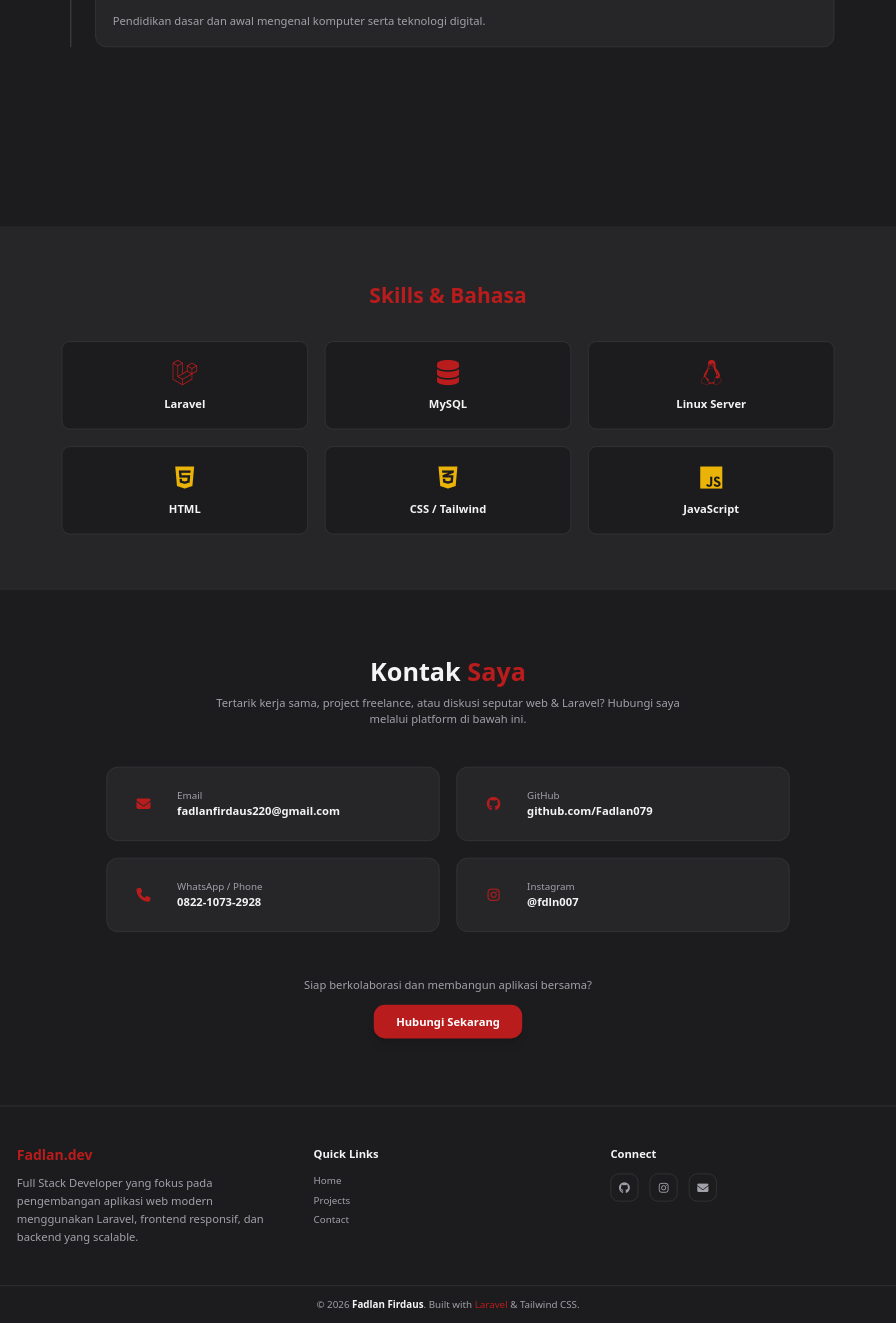
Repository: Fadlan079/Personal-Portfolio
Page: http://localhost/
The author's editor kept a copy of each file at every save. The page is drawn from the files as they stood at one save, then again after the next save.
The browser window is 1280 px wide. The pictures show the part of the page from y = 2278 to 4198 px (the page is 4168 px tall before and 4636 px after), at 70% of full size.
Some web libraries are served in a nearby version. The page is served by the project's Laravel application, run on PHP 8.4 with Laravel 12. Other server files are loaded and not shown.

Above is the page before, as saved 2026-01-15 09:15:50.

### routes/web.php
<?php

use Illuminate\Support\Facades\Route;
use App\Http\Controllers\ProjectController;

// Route::get('/', function () {
//     return view('welcome');
// });

Route::get('/', function () {
    return view('portofolio');
});

// Route::get('/project', function () {
//     return view('project');
// });

Route::get('/project', [ProjectController::class, 'index']);

### resources/views/portofolio.blade.php
<!DOCTYPE html>
<html lang="id">
<head>
  <meta charset="UTF-8" />
  <meta name="viewport" content="width=device-width, initial-scale=1.0" />
  <title>Portfolio | Fadlan</title>
  <script src="https://cdn.tailwindcss.com"></script>
  <link rel="stylesheet" href="https://cdnjs.cloudflare.com/ajax/libs/font-awesome/6.5.1/css/all.min.css"/>
  <script>
    tailwind.config = {
      theme: {
        extend: {
          colors: {
            bg: 'var(--color-bg)',
            surface: 'var(--color-surface)',
            border: 'var(--color-border)',
            text: 'var(--color-text)',
            muted: 'var(--color-muted)',
            primary: 'var(--color-primary)',
            success: 'var(--color-success)',
            danger: 'var(--color-danger)',
            warning: 'var(--color-warning)',
          }
        }
      }
    }
  </script>
  <style>
    :root {
      --color-bg: #1c1c1e;
      --color-surface: #262629;
      --color-border: #3a3a3d;
      --color-text: #f4f4f5;
      --color-muted: #a1a1aa;
      --color-primary: #b91c1c;
      --color-success: #6fbf8f;
      --color-danger:  #ef4444;
      --color-warning: #eab308;
    }

    html {
      scroll-behavior: smooth;
    }

* {
  scrollbar-width: thin;
  scrollbar-color: #ef4444 transparent;
}

::-webkit-scrollbar {
  width: 10px;
}

::-webkit-scrollbar-track {
  background: transparent;
}

::-webkit-scrollbar-thumb {
  background: linear-gradient(
    180deg,
    #ef4444,
    #dc2626
  );
  border-radius: 999px;
  border: 2px solid transparent;
  background-clip: content-box;
}

::-webkit-scrollbar-thumb:hover {
  background: linear-gradient(
    180deg,
    #f87171,
    #ef4444
  );
}

  </style>
</head>

<body class="bg-bg text-text">
  <header> @include('components.header') </header>
  <main>
    <section id="home" class="relative min-h-screen flex items-center px-6 overflow-hidden">  @include('sections.hero')</section>
    <section id="about" class="py-20 bg-surface">@include('sections.about')</section>
    <section id="experience" class="py-20">@include('sections.experience')</section>
    <section id="education" class="py-24 bg-bg">@include('sections.education')</section>
    <section id="projects" class="py-20 bg-bg"></section>
  </main>



<!-- Skills -->
<section id="skills" class="py-20 bg-surface">
  <div class="max-w-6xl mx-auto px-6">
    <h3 class="text-3xl font-bold mb-12 text-primary text-center">Skills & Bahasa</h3>

    <div class="grid md:grid-cols-3 gap-6 text-center">
      <div class="bg-bg border border-border rounded-xl p-6">
        <i class="fa-brands fa-laravel text-4xl text-primary mb-3"></i>
        <h4 class="font-semibold">Laravel</h4>
      </div>
      <div class="bg-bg border border-border rounded-xl p-6">
        <i class="fa-solid fa-database text-4xl text-primary mb-3"></i>
        <h4 class="font-semibold">MySQL</h4>
      </div>
      <div class="bg-bg border border-border rounded-xl p-6">
        <i class="fa-brands fa-linux text-4xl text-primary mb-3"></i>
        <h4 class="font-semibold">Linux Server</h4>
      </div>
      <div class="bg-bg border border-border rounded-xl p-6">
        <i class="fa-brands fa-html5 text-4xl text-warning mb-3"></i>
        <h4 class="font-semibold">HTML</h4>
      </div>
      <div class="bg-bg border border-border rounded-xl p-6">
        <i class="fa-brands fa-css3-alt text-4xl text-warning mb-3"></i>
        <h4 class="font-semibold">CSS / Tailwind</h4>
      </div>
      <div class="bg-bg border border-border rounded-xl p-6">
        <i class="fa-brands fa-js text-4xl text-warning mb-3"></i>
        <h4 class="font-semibold">JavaScript</h4>
      </div>
    </div>
  </div>
</section>

<!-- Contact -->
<section id="contact" class="py-24 bg-bg">
  <div class="max-w-5xl mx-auto px-6">

    <!-- Heading -->
    <div class="text-center mb-14">
      <h3 class="text-4xl font-extrabold mb-3">
        Kontak <span class="text-primary">Saya</span>
      </h3>
      <p class="text-muted max-w-2xl mx-auto">
        Tertarik kerja sama, project freelance, atau diskusi seputar web & Laravel?
        Hubungi saya melalui platform di bawah ini.
      </p>
    </div>

    <!-- Contact Cards -->
    <div class="grid sm:grid-cols-2 gap-6">

      <!-- Email -->
      <a href="mailto:fadlanfirdaus220@gmail.com"
         class="group bg-surface border border-border rounded-2xl p-6
                flex items-center gap-5
                hover:border-primary hover:-translate-y-1 transition">
        <div class="w-14 h-14 rounded-xl flex items-center justify-center
                    bg-primary/20 text-primary text-xl">
          <i class="fa-solid fa-envelope"></i>
        </div>
        <div>
          <p class="text-sm text-muted">Email</p>
          <p class="font-semibold group-hover:text-primary transition">
            fadlanfirdaus220@gmail.com
          </p>
        </div>
      </a>

      <!-- GitHub -->
      <a href="https://github.com/Fadlan079" target="_blank"
         class="group bg-surface border border-border rounded-2xl p-6
                flex items-center gap-5
                hover:border-primary hover:-translate-y-1 transition">
        <div class="w-14 h-14 rounded-xl flex items-center justify-center
                    bg-primary/20 text-primary text-xl">
          <i class="fa-brands fa-github"></i>
        </div>
        <div>
          <p class="text-sm text-muted">GitHub</p>
          <p class="font-semibold group-hover:text-primary transition">
            github.com/Fadlan079
          </p>
        </div>
      </a>

      <!-- Phone -->
      <a href="tel:082210732928"
         class="group bg-surface border border-border rounded-2xl p-6
                flex items-center gap-5
                hover:border-primary hover:-translate-y-1 transition">
        <div class="w-14 h-14 rounded-xl flex items-center justify-center
                    bg-primary/20 text-primary text-xl">
          <i class="fa-solid fa-phone"></i>
        </div>
        <div>
          <p class="text-sm text-muted">WhatsApp / Phone</p>
          <p class="font-semibold group-hover:text-primary transition">
            0822-1073-2928
          </p>
        </div>
      </a>

      <!-- Instagram -->
      <a href="https://instagram.com/fdln007" target="_blank"
         class="group bg-surface border border-border rounded-2xl p-6
                flex items-center gap-5
                hover:border-primary hover:-translate-y-1 transition">
        <div class="w-14 h-14 rounded-xl flex items-center justify-center
                    bg-primary/20 text-primary text-xl">
          <i class="fa-brands fa-instagram"></i>
        </div>
        <div>
          <p class="text-sm text-muted">Instagram</p>
          <p class="font-semibold group-hover:text-primary transition">
            @fdln007
          </p>
        </div>
      </a>

    </div>

    <!-- CTA -->
    <div class="text-center mt-16">
      <p class="text-muted mb-4">
        Siap berkolaborasi dan membangun aplikasi bersama?
      </p>
      <a href="mailto:fadlanfirdaus220@gmail.com"
         class="inline-block px-8 py-3 bg-primary text-white
                rounded-2xl font-semibold
                hover:opacity-90 transition shadow-lg shadow-primary/30">
        Hubungi Sekarang
      </a>
    </div>

  </div>
</section>


<!-- Footer -->
<footer class="relative border-t border-border bg-bg">
  <!-- Glow -->
  <div class="absolute inset-0 -z-10">
    <div class="absolute bottom-0 left-1/2 -translate-x-1/2
                w-[400px] h-[400px]
                bg-primary/20 blur-[120px] rounded-full"></div>
  </div>

  <div class="max-w-7xl mx-auto px-6 py-14 grid gap-10 md:grid-cols-3">

    <!-- Brand -->
    <div>
      <h3 class="text-xl font-bold text-primary mb-3">Fadlan.dev</h3>
      <p class="text-muted leading-relaxed">
        Full Stack Developer yang fokus pada pengembangan
        aplikasi web modern menggunakan Laravel,
        frontend responsif, dan backend yang scalable.
      </p>
    </div>

    <!-- Quick Links -->
    <div>
      <h4 class="font-semibold mb-4 text-text">Quick Links</h4>
      <ul class="space-y-2 text-muted text-sm">
        <li>
          <a href="#home" class="hover:text-primary transition">Home</a>
        </li>
        <li>
          <a href="#projects" class="hover:text-primary transition">Projects</a>
        </li>
        <li>
          <a href="#contact" class="hover:text-primary transition">Contact</a>
        </li>
      </ul>
    </div>

    <!-- Social -->
    <div>
      <h4 class="font-semibold mb-4 text-text">Connect</h4>
      <div class="flex gap-4">
        <a href="https://github.com/Fadlan079" target="_blank"
           class="w-10 h-10 rounded-xl border border-border
                  flex items-center justify-center
                  text-muted hover:text-primary hover:border-primary
                  transition">
          <i class="fa-brands fa-github"></i>
        </a>
        <a href="https://instagram.com/fdln007" target="_blank"
           class="w-10 h-10 rounded-xl border border-border
                  flex items-center justify-center
                  text-muted hover:text-primary hover:border-primary
                  transition">
          <i class="fa-brands fa-instagram"></i>
        </a>
        <a href="mailto:fadlanfirdaus220@gmail.com"
           class="w-10 h-10 rounded-xl border border-border
                  flex items-center justify-center
                  text-muted hover:text-primary hover:border-primary
                  transition">
          <i class="fa-solid fa-envelope"></i>
        </a>
      </div>
    </div>

  </div>

  <!-- Bottom -->
  <div class="border-t border-border text-center py-4 text-muted text-sm">
    © 2026 <span class="text-text font-semibold">Fadlan Firdaus</span>.
    Built with <span class="text-primary">Laravel</span> & Tailwind CSS.
  </div>
</footer>


</body>
</html>

### resources/views/components/header.blade.php
<nav class="fixed w-full bg-bg/80 backdrop-blur border-b border-border z-50">
  <div class="max-w-7xl mx-auto px-6 py-4 flex justify-between items-center">
    <h1 class="text-xl font-bold text-primary">Fadlan.dev</h1>
    <ul class="flex gap-6 text-sm">
      <li class="relative group">
        <a href="#home">Home</a>
        <span class="absolute left-0 -bottom-1 h-[2px] w-0 bg-primary transition-all group-hover:w-full"></span>
      </li>
      <li class="relative group">
        <a href="#about">About</a>
        <span class="absolute left-0 -bottom-1 h-[2px] w-0 bg-primary transition-all group-hover:w-full"></span>
      </li>
      <li class="relative group">
        <a href="#experience">Experience</a>
        <span class="absolute left-0 -bottom-1 h-[2px] w-0 bg-primary transition-all group-hover:w-full"></span>
      </li>
        <li class="relative group">
        <a href="#projects">Project</a>
        <span class="absolute left-0 -bottom-1 h-[2px] w-0 bg-primary transition-all group-hover:w-full"></span>
      </li>
      <li class="relative group">
        <a href="#skills">Skills</a>
        <span class="absolute left-0 -bottom-1 h-[2px] w-0 bg-primary transition-all group-hover:w-full"></span>
      </li>
      <li class="relative group">
        <a href="#contact">Contact</a>
        <span class="absolute left-0 -bottom-1 h-[2px] w-0 bg-primary transition-all group-hover:w-full"></span>
      </li>
    </ul>
  </div>
</nav>

### resources/views/sections/about.blade.php
<div class="max-w-6xl mx-auto px-6">
<h3 class="text-3xl font-bold mb-6 text-primary">Tentang Saya</h3>
<p class="text-muted leading-relaxed max-w-3xl">
    Saya pelajar SMK jurusan PPLG dengan minat besar di bidang
    <strong>Full Stack Development</strong>. Terbiasa membangun aplikasi
    Laravel, REST API, database MySQL, serta deployment ke server Linux.
</p>
</div>

### resources/views/sections/experience.blade.php
<div class="max-w-6xl mx-auto px-6">
<h3 class="text-3xl font-bold mb-12 text-primary text-center">Pengalaman</h3>
<div class="space-y-6">
    <div class="bg-surface border border-border rounded-xl p-6">
    <h4 class="font-semibold">Project Sistem Kasir</h4>
    <p class="text-muted text-sm">Laravel • MySQL • Tailwind</p>
    </div>
    <div class="bg-surface border border-border rounded-xl p-6">
    <h4 class="font-semibold">Website Sekolah</h4>
    <p class="text-muted text-sm">Company Profile • Responsive Design</p>
    </div>
    <div class="bg-surface border border-border rounded-xl p-6">
    <h4 class="font-semibold">REST API Auth</h4>
    <p class="text-muted text-sm">JWT • Role Management</p>
    </div>
</div>
</div>

### resources/views/sections/education.blade.php
<div class="max-w-6xl mx-auto px-6">
<div class="mb-16 text-center">
    <h3 class="text-4xl font-extrabold">
    Pendidikan
    <span class="text-primary">Saya</span>
    </h3>
    <p class="text-muted mt-3 max-w-2xl mx-auto">
    Latar belakang pendidikan yang membentuk skill teknis
    dan minat saya di dunia pengembangan web.
    </p>
</div>

<div class="relative pl-8 md:pl-12">

    <div class="absolute left-3 top-0 h-full w-[2px] bg-border"></div>

    <div class="relative mb-12">
    <div class="absolute -left-[2px] top-2">
        <span
        class="block w-4 h-4 rounded-full bg-primary
                shadow-lg shadow-primary/40">
        </span>
    </div>
    <div
        class="bg-surface border border-border rounded-2xl p-6
                hover:-translate-y-1 transition"
    >
        <div class="flex flex-wrap items-center gap-3 mb-2">
        <h4 class="text-xl font-semibold">
            SMK – PPLG (Pengembangan Perangkat Lunak & Gim)
        </h4>
        <span
            class="text-xs px-3 py-1 rounded-full
                    bg-success/20 text-success"
        >
            Aktif
        </span>
        </div>

        <p class="text-sm text-muted mb-3">
        2023 – Sekarang
        </p>

        <p class="text-muted leading-relaxed">
        Mendalami pengembangan web modern dengan
        <strong class="text-text">Laravel</strong>,
        REST API, database MySQL, Tailwind CSS,
        serta deployment ke Linux server.
        </p>
    </div>
    </div>

    <div class="relative mb-12">
    <div class="absolute -left-[2px] top-2">
        <span
        class="block w-4 h-4 rounded-full bg-primary/70
                shadow-lg shadow-primary/30">
        </span>
    </div>

    <div
        class="bg-surface border border-border rounded-2xl p-6
                hover:-translate-y-1 transition"
    >
        <h4 class="text-xl font-semibold mb-1">
        Sekolah Menengah Pertama (SMP)
        </h4>

        <p class="text-sm text-muted mb-3">
        2020 – 2023
        </p>

        <p class="text-muted leading-relaxed">
        Mulai tertarik dengan dunia IT, komputer,
        dan belajar logika pemrograman dasar secara mandiri.
        </p>
    </div>
    </div>

    <div class="relative">
    <div class="absolute -left-[2px] top-2">
        <span
        class="block w-4 h-4 rounded-full bg-primary/40
                shadow-lg shadow-primary/20">
        </span>
    </div>

    <div
        class="bg-surface border border-border rounded-2xl p-6
                hover:-translate-y-1 transition"
    >
        <h4 class="text-xl font-semibold mb-1">
        Sekolah Dasar (SD)
        </h4>

        <p class="text-sm text-muted mb-3">
        2014 – 2020
        </p>

        <p class="text-muted leading-relaxed">
        Pendidikan dasar dan awal mengenal komputer
        serta teknologi digital.
        </p>
    </div>
    </div>

</div>
</div>

### resources/views/sections/project.blade.php
<div class="max-w-7xl mx-auto px-6">
    <h3 class="text-3xl font-bold text-center mb-4 text-primary">Projects</h3>
    <p class="text-muted text-center mb-12">
    Beberapa project yang pernah saya kerjakan
    </p>

    <div class="grid md:grid-cols-3 gap-8">

    <div class="bg-surface border border-border rounded-2xl p-6 hover:-translate-y-2 transition">
    <div class="flex justify-between items-center mb-3">
        <h4 class="text-xl font-semibold">Sistem Manajemen Parkir</h4>
        <span class="text-xs px-2 py-1 rounded bg-success/20 text-success">
        Finished
        </span>
    </div>

    <p class="text-muted text-sm mb-4">
        Aplikasi manajemen parkir berbasis web untuk pencatatan kendaraan,
        monitoring slot parkir, dan laporan transaksi parkir.
    </p>

    <div class="flex flex-wrap gap-2 text-xs mb-4">
        <span class="px-2 py-1 bg-bg border border-border rounded">Laravel</span>
        <span class="px-2 py-1 bg-bg border border-border rounded">MySQL</span>
        <span class="px-2 py-1 bg-bg border border-border rounded">Tailwind</span>
    </div>

    <a href="https://github.com/Fadlan079/Sistem-Manajemen-Parkir.git" class="text-primary text-sm font-semibold hover:underline">
        Lihat Detail →
    </a>
    </div>

    <div class="bg-surface border border-border rounded-2xl p-6 hover:-translate-y-2 transition">
    <div class="flex justify-between items-center mb-3">
        <h4 class="text-xl font-semibold">Website Sekolah</h4>
        <span class="text-xs px-2 py-1 rounded bg-warning/20 text-warning">
        Ongoing
        </span>
    </div>

    <p class="text-muted text-sm mb-4">
        Website company profile sekolah dengan desain responsif
        dan admin panel.
    </p>

    <div class="flex flex-wrap gap-2 text-xs mb-4">
        <span class="px-2 py-1 bg-bg border border-border rounded">Laravel</span>
        <span class="px-2 py-1 bg-bg border border-border rounded">Blade</span>
        <span class="px-2 py-1 bg-bg border border-border rounded">CSS</span>
    </div>

    <a href="#" class="text-primary text-sm font-semibold hover:underline">
        Lihat Detail →
    </a>
    </div>

    <div class="bg-surface border border-border rounded-2xl p-6 hover:-translate-y-2 transition">
    <div class="flex justify-between items-center mb-3">
        <h4 class="text-xl font-semibold">REST API Auth</h4>
        <span class="text-xs px-2 py-1 rounded bg-danger/20 text-danger">
        Backend
        </span>
    </div>

    <p class="text-muted text-sm mb-4">
        REST API untuk autentikasi user menggunakan JWT
        dan role-based access.
    </p>

    <div class="flex flex-wrap gap-2 text-xs mb-4">
        <span class="px-2 py-1 bg-bg border border-border rounded">Laravel</span>
        <span class="px-2 py-1 bg-bg border border-border rounded">JWT</span>
        <span class="px-2 py-1 bg-bg border border-border rounded">Postman</span>
    </div>

    <a href="#" class="text-primary text-sm font-semibold hover:underline">
        Lihat Detail →
    </a>
    </div>

</div>
<div class="mt-16 flex justify-center">
<a
    href="project"
    class="px-8 py-3 rounded-2xl
        bg-primary text-white font-semibold
        hover:bg-primary/90 transition
        shadow-lg shadow-primary/20"
>
    Lihat Project Lebih Lengkap →
</a>
</div>
</div>

Loaded but not shown: resources/views/sections/hero.blade.php (143 lines, source omitted)

After the next save:
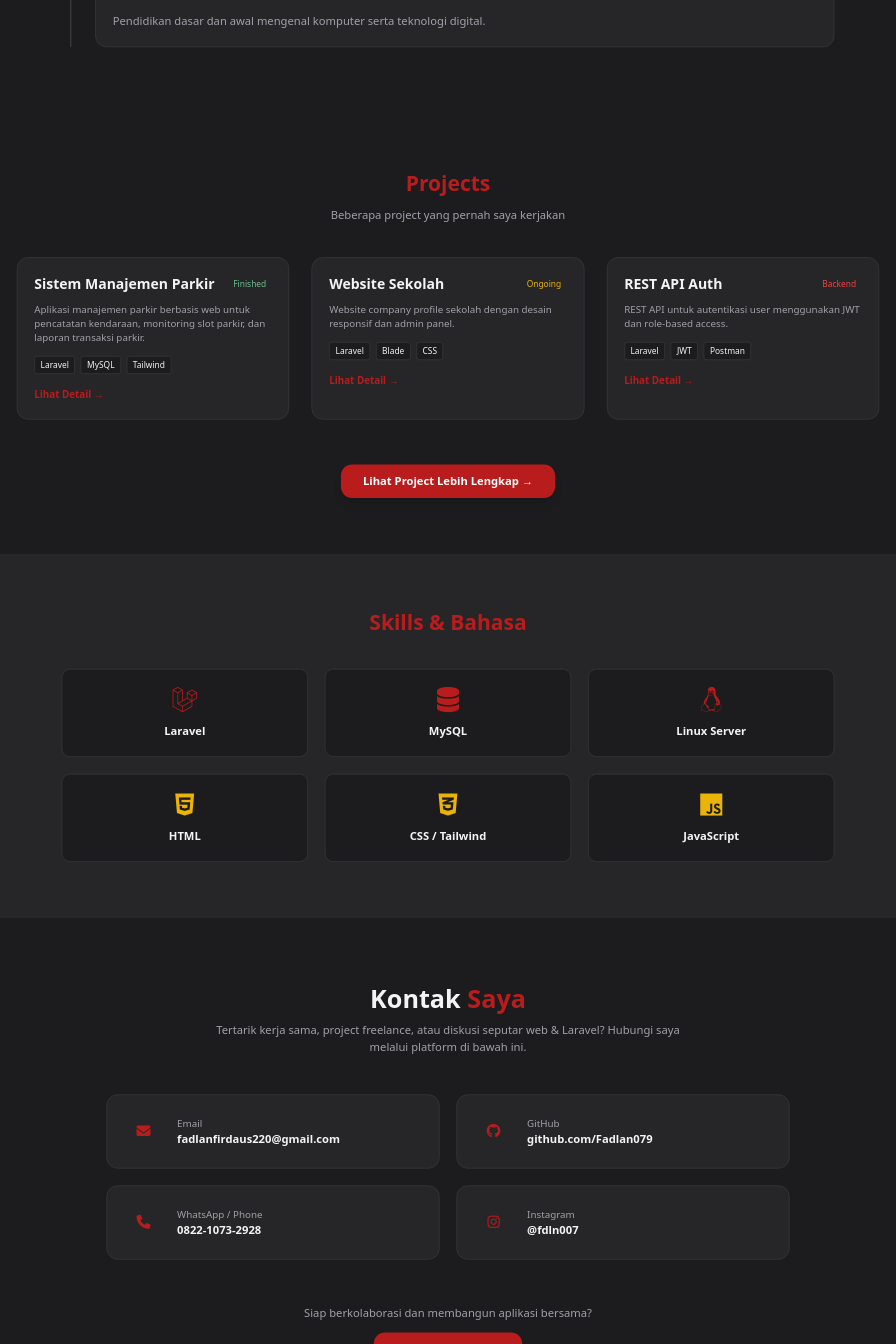
Saved 10 s later.
--- a/resources/views/portofolio.blade.php
+++ b/resources/views/portofolio.blade.php
@@ -84,7 +84,7 @@
     <section id="about" class="py-20 bg-surface">@include('sections.about')</section>
     <section id="experience" class="py-20">@include('sections.experience')</section>
     <section id="education" class="py-24 bg-bg">@include('sections.education')</section>
-    <section id="projects" class="py-20 bg-bg"></section>
+    <section id="projects" class="py-20 bg-bg">@include('sections.project')</section>
   </main>
 
 
